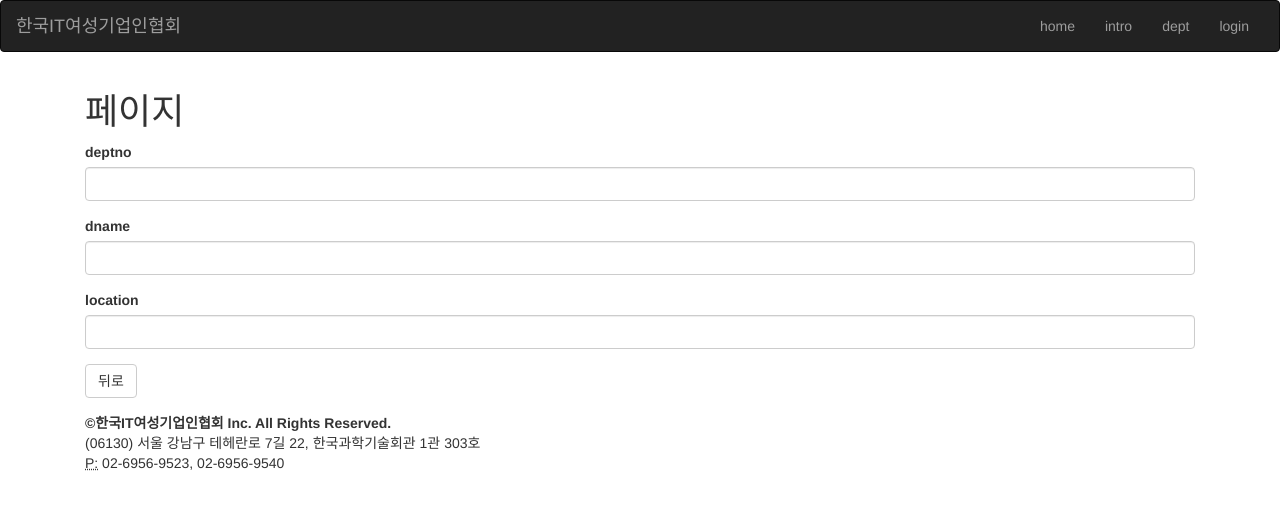
Repository: minho00123/sw-professional-training
Page: http://localhost/sts05/WEB-INF/views/dept/one.jsp
The author's editor kept a copy of each file at every save. The page is drawn from the files as they stood at one save, then again after the next save.
The browser window is 1280 px wide. The pictures show the whole page.
The page is served by Tomcat 9. Nobody is signed in. Other server files are loaded and not shown. The template is opened directly, without the code that normally fills it, so the values that code supplies are empty.

Above is the page before, as saved 2025-05-19 08:13:34.

### stsWorkspace/sts05/src/main/webapp/WEB-INF/views/dept/one.jsp
<%@ page language="java" contentType="text/html; charset=UTF-8"
	pageEncoding="UTF-8"%>
<!DOCTYPE html>
<html>
<head>
<meta charset="UTF-8">
<title>Insert title here</title>
<%@ include file="../layout/header.jspf"%>
</head>
<body>
	<%@ include file="../layout/menu.jspf"%>
	<h1>${title }페이지</h1>
	<form class="form" action="edit" method="post">
		<div class="form-group">
			<label>deptno</label><input value="${bean.deptno }" name="deptno"
				class="form-control" />
		</div>
		<div class="form-group">
			<label>dname</label><input value="${bean.dname }" name="dname"
				class="form-control" />
		</div>
		<div class="form-group">
			<label>location</label><input value="${bean.loc }" name="loc"
				class="form-control" />
		</div>
		<div class="form-group">
			<c:if test="${title eq '상세' }">
				<a href="edit?deptno=${bean.deptno }" class="btn btn-primary"
					role="button">수정</a>
				<a href="delete?deptno=${bean.deptno }" class="btn btn-danger"
					role="button">삭제</a>
			</c:if>
			<c:if test="${title eq '수정' }">
				<button type="submit" class="btn btn-primary">수정</button>
				<button type="reset" class="btn btn-default">취소</button>
			</c:if>
			<button type="button" class="btn btn-default"
				onclick="history.back();">뒤로</button>
		</div>
	</form>
	<%@ include file="../layout/footer.jspf"%>
</body>
</html>

### stsWorkspace/sts05/src/main/webapp/WEB-INF/views/layout/header.jspf
<%@ page language="java" contentType="text/html; charset=UTF-8"
    pageEncoding="UTF-8"%>
<%@ taglib prefix="c" uri="http://java.sun.com/jsp/jstl/core" %>
<link rel="stylesheet" type="text/css"
	href="${pageContext.request.contextPath }/css/bootstrap.min.css">
<link rel="stylesheet" type="text/css"
	href="${pageContext.request.contextPath }/fonts/glyphicons-halflings-regular.ttf">
<!-- jQuery (necessary for Bootstrap's JavaScript plugins) -->
<script src="https://code.jquery.com/jquery-1.12.4.min.js"
	integrity="sha384-nvAa0+6Qg9clwYCGGPpDQLVpLNn0fRaROjHqs13t4Ggj3Ez50XnGQqc/r8MhnRDZ"
	crossorigin="anonymous"></script>
<script type="text/javascript"
	src="${pageContext.request.contextPath }/js/bootstrap.min.js"></script>

### stsWorkspace/sts05/src/main/webapp/WEB-INF/views/layout/menu.jspf
<%@ page language="java" contentType="text/html; charset=UTF-8"
    pageEncoding="UTF-8"%>
	<nav class="navbar navbar-inverse">
		<div class="container-fluid">
			<div class="navbar-header">
				<button type="button" class="navbar-toggle collapsed"
					data-toggle="collapse" data-target="#bs-example-navbar-collapse-1"
					aria-expanded="false">
					<span class="sr-only">Toggle navigation</span> <span
						class="icon-bar"></span> <span class="icon-bar"></span> <span
						class="icon-bar"></span>
				</button>
				<a class="navbar-brand" href="${pageContext.request.contextPath }/">
					한국IT여성기업인협회 </a>
			</div>
			<div class="collapse navbar-collapse"
				id="bs-example-navbar-collapse-1">
				<ul class="nav navbar-nav navbar-right">
					<li><a href="${pageContext.request.contextPath }/">home</a></li>
					<li><a href="${pageContext.request.contextPath }/intro">intro</a></li>
					<li><a href="${pageContext.request.contextPath }/dept/list">dept</a></li>
					<li><a href="${pageContext.request.contextPath }/login/">login</a></li>
				</ul>
			</div>
		</div>
	</nav>
	<div class="container">
		<div class="col-md-12">
			<!-- begin -->

### stsWorkspace/sts05/src/main/webapp/WEB-INF/views/layout/footer.jspf
<%@ page language="java" contentType="text/html; charset=UTF-8"
    pageEncoding="UTF-8"%>
<!-- end -->
		</div>
		<div class="col-md-12">
			<address>
				<strong>©한국IT여성기업인협회 Inc. All Rights Reserved.</strong><br>
				(06130) 서울 강남구 테헤란로 7길 22, 한국과학기술회관 1관 303호<br> <abbr
					title="Phone">P:</abbr> 02-6956-9523, 02-6956-9540
			</address>
		</div>
	</div>

Loaded but not shown: stsWorkspace/sts05/src/main/webapp/css/bootstrap.min.css (library); stsWorkspace/sts05/src/main/webapp/js/bootstrap.min.js (library)

After the next save:
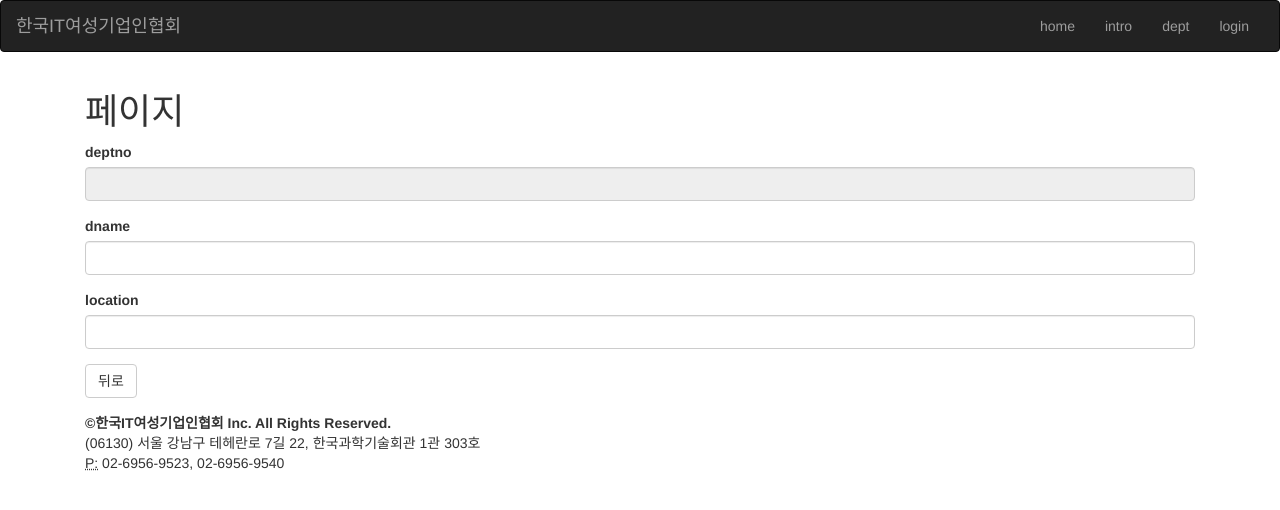
Saved 27 s later.
--- a/stsWorkspace/sts05/src/main/webapp/WEB-INF/views/dept/one.jsp
+++ b/stsWorkspace/sts05/src/main/webapp/WEB-INF/views/dept/one.jsp
@@ -13,7 +13,7 @@
 	<form class="form" action="edit" method="post">
 		<div class="form-group">
 			<label>deptno</label><input value="${bean.deptno }" name="deptno"
-				class="form-control" />
+				class="form-control" readonly />
 		</div>
 		<div class="form-group">
 			<label>dname</label><input value="${bean.dname }" name="dname"
